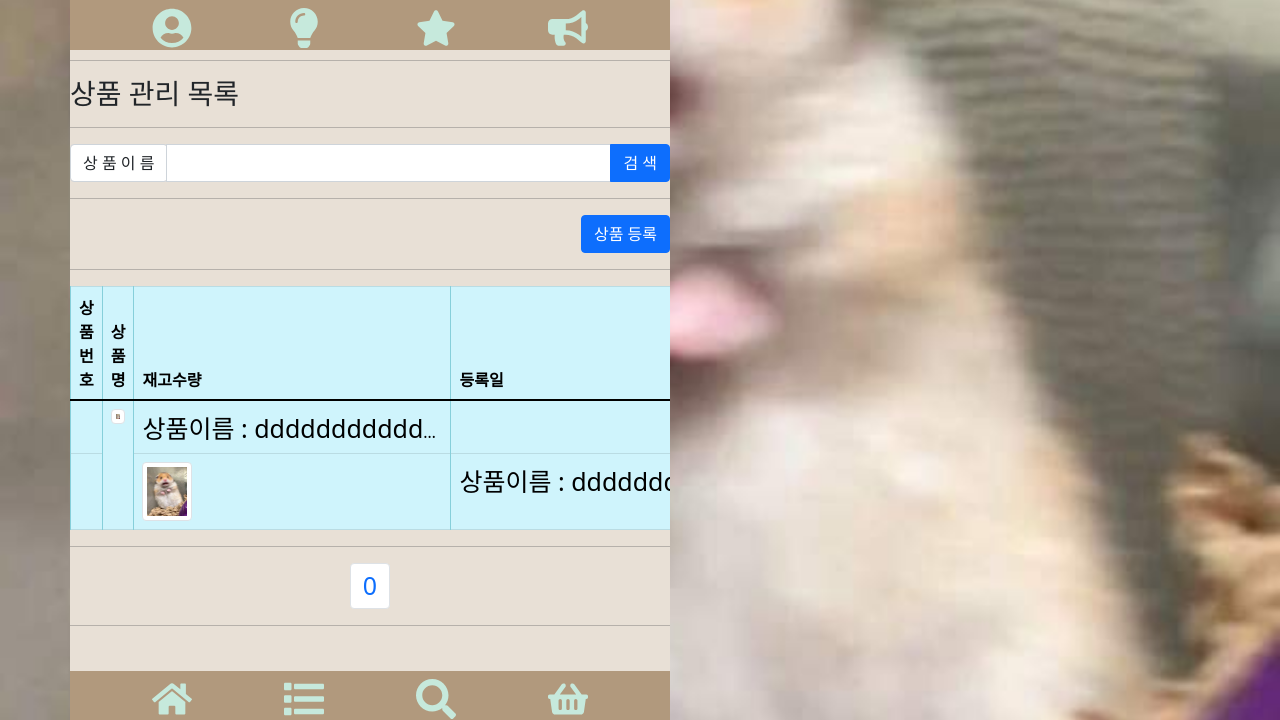
Repository: heegyu97/project
Page: http://localhost/0801_mvc2/WEB-INF/views/seller/productList.jsp
The author's editor kept a copy of each file at every save. The page is drawn from the files as they stood at one save, then again after the next save.
The browser window is 1280 px wide. The pictures show the whole page.
Some web libraries are served in a nearby version. The page is served by Tomcat 9. Nobody is signed in. Other server files are loaded and not shown. The template is opened directly, without the code that normally fills it, so the values that code supplies are empty.

Above is the page before, as saved 2022-08-11 08:24:14.

### 0801_mvc2/src/main/webapp/WEB-INF/views/seller/productList.jsp
<%@ page language="java" contentType="text/html; charset=UTF-8"
    pageEncoding="UTF-8"%>
<%@ taglib uri="http://java.sun.com/jsp/jstl/core" prefix="c" %>
<html>
	<head>
		<meta charset="UTF-8">
		<title> 상품 목록 </title>
		<script src="https://ajax.googleapis.com/ajax/libs/jquery/3.6.0/jquery.min.js"></script>
		<%@ include  file ="/WEB-INF/views/style_link.jsp" %>
		<style type="text/css">
		div.pname{
			width: 300px;
			white-space: nowrap;
		 	overflow: hidden;
 			text-overflow: ellipsis;
		}
		a{
			text-decoration : none;
			color: black;
			font-size: 25px;
		}
		</style>
	</head>
	<body>
	<%@ include file="/WEB-INF/views/header.jsp" %>
		<hr>
		<h3> 상품 관리 목록 </h3>
		<hr>
		<form action="${pageContext.request.contextPath}/product/list" method="get">
			<div class="input-group">
				<div class="input-group-prepend">
					<select class="form-control" id="searchOption" name="searchOption">
						<option value="prdt_name"
							<c:if test="${search_dto.searchOption == 'prdt_name'}">selected="selected"</c:if>
						> 상 품 이 름 </option>
						<option value="mid"
							<c:if test="${search_dto.searchOption == 'mid'}">selected="selected"</c:if>
						> 판 매 자 </option>
					</select>
				</div>
				<input type="text" class="form-control" id="searchWord" name="searchWord"
						value="${search_dto.searchWord}">
				<div class="input-group-append">
					<button type="submit" class="btn btn-primary"> 검 색 </button>
				</div>
			</div>
		</form>
		<hr>
		<div class="clearfix">
			<a href="${pageContext.request.contextPath}/seller/form">
				<button class="btn btn-primary float-right"> 상품 등록 </button>
			</a>
		</div>
		<hr>
		<table class="table table-hover table-bordered table-info">
			<col class="col-1">
			<thead>
				<tr>
					<th>상품번호</th>	<th>상품명</th>
					<th>재고수량</th> <th>등록일</th> <th>할인기간</th>
				</tr>
			</thead>
			<tbody>
<%-- 				<c:forEach var="dto" items="${list}"> --%>
				<c:forEach  begin="1" end="2">
					<tr>
						<td><%-- 상품번호 --%>

						</td>
						<td rowspan="2"><%-- 썸네일 ${dto.thumbnail_path} --%>



							<a class="input-group" href="${pageContext.request.contextPath}/guest/detail">
								<img src="${pageContext.request.contextPath}/resources/img/bg.jpeg"
									width="50px" height="50px" class="img-thumbnail ">
							</a>
						</td>
						<td>
							<div class="pname">
								<a href="${pageContext.request.contextPath}/guest/detail">
									상품이름 : ddddddddddddddddddddddddddddddd
								</a>
							</div>

						</td>
						<td>

							<a href="${pageContext.request.contextPath}/product/detail?prdt_no=${dto.prdt_no}">
								${dto.prdt_name}
							</a>
						</td>
						<td><%--  --%>
							${dto.sale_price} 원
						</td>
						<td>${dto.mid}</td>
					</tr>
				</c:forEach>
			</tbody>
		</table>
		<hr>
		<%-- 페이징 --%>
		<ul class="pagination">
			<c:if test="${startPageNum > 10}">
				<li class="page-item mx-auto">
					<a class="page-link"
						href="${pageContext.request.contextPath}/product/list?userWantPage=${startPageNum-1}&searchOption=${search_dto.searchOption}&searchWord=${search_dto.searchWord}">
						Previous
					</a>
				</li>
			</c:if>
			<c:forEach var="page_no" begin="${startPageNum}" end="${endPageNum}">
				<c:choose>
					<c:when test="${page_no == userWantPage}">
						<li class="page-item active mx-auto">
							<a class="page-link">${page_no}</a>
						</li>
					</c:when>
					<c:otherwise>
						<li class="page-item mx-auto">
							<a class="page-link"
								href="${pageContext.request.contextPath}/product/list?userWantPage=${page_no}&searchOption=${search_dto.searchOption}&searchWord=${search_dto.searchWord}">
								${page_no}
							</a>
						</li>
					</c:otherwise>
				</c:choose>
			</c:forEach>
			<c:if test="${lastPageNum > endPageNum}">
				<li class="page-item mx-auto">
					<a class="page-link"
						href="${pageContext.request.contextPath}/product/list?userWantPage=${endPageNum+1}&searchOption=${search_dto.searchOption}&searchWord=${search_dto.searchWord}">
						Next
					</a>
				</li>
			</c:if>
		</ul>
		<hr>
	<%@ include file="/WEB-INF/views/footer.jsp" %>
	</body>
</html>

### 0801_mvc2/src/main/webapp/WEB-INF/views/style_link.jsp
<%@ page language="java" contentType="text/html; charset=UTF-8"
    pageEncoding="UTF-8"%>
<%@ taglib uri="http://java.sun.com/jsp/jstl/core" prefix="c" %>

<script
	src="https://ajax.googleapis.com/ajax/libs/jquery/3.6.0/jquery.min.js"></script>
<link rel="stylesheet"
	href="https://cdn.jsdelivr.net/npm/bootstrap@4.6.1/dist/css/bootstrap.min.css">
<script
	src="https://cdn.jsdelivr.net/npm/popper.js@1.16.1/dist/umd/popper.min.js"></script>
<script
	src="https://cdn.jsdelivr.net/npm/bootstrap@4.6.1/dist/js/bootstrap.bundle.min.js"></script>
<!-- ckeditor -->
<script src="//cdn.ckeditor.com/4.19.0/full/ckeditor.js"></script>
<!-- bootstrap to icon -->
<script defer
	src="https://use.fontawesome.com/releases/v5.0.8/js/solid.js"
	integrity="sha384-+Ga2s7YBbhOD6nie0DzrZpJes+b2K1xkpKxTFFcx59QmVPaSA8c7pycsNaFwUK6l"
	crossorigin="anonymous"></script>
<script defer
	src="https://use.fontawesome.com/releases/v5.0.8/js/fontawesome.js"
	integrity="sha384-7ox8Q2yzO/uWircfojVuCQOZl+ZZBg2D2J5nkpLqzH1HY0C1dHlTKIbpRz/LG23c"
	crossorigin="anonymous"></script>
<link
	href="https://cdn.jsdelivr.net/npm/bootstrap@5.0.2/dist/css/bootstrap.min.css"
	rel="stylesheet"
	integrity="sha384-EVSTQN3/azprG1Anm3QDgpJLIm9Nao0Yz1ztcQTwFspd3yD65VohhpuuCOmLASjC"
	crossorigin="anonymous">
<!-- main 기준 공용 -->
<link rel="stylesheet"
	href= "${pageContext.request.contextPath}/resources/E1I3/CSS/style_share.css">
<!-- nav 버튼 사이 거리 조정 -->
<link rel="stylesheet"
	href="${pageContext.request.contextPath}/resources/E1I3/CSS/style_hf.css">

<!-- 0811에 추가 -->
<%@ taglib prefix="fmt" uri="http://java.sun.com/jsp/jstl/fmt" %>

### 0801_mvc2/src/main/webapp/WEB-INF/views/header.jsp
<%@ page language="java" contentType="text/html; charset=UTF-8"
	pageEncoding="UTF-8"%>
<%@ taglib uri="http://java.sun.com/jsp/jstl/core" prefix="c"%>
<div class="container">
	<div class="row">
		<div id="aaa" class="col-lg-6 ">
			<iframe id="bbb" name="adver-frame"
				src="${pageContext.request.contextPath}/adver"></iframe>
		</div>


		<!-- 화면 나누기 :home 화면 오른쪽 : iframe to main -->
		<div id="ccc" class="col-lg-6">
			<!-- footer col6 -->
			<div class="nav">
				<!-- MENU -->
				<section class="servics">
					<div class="icons">
						<div class="child icon1">
							<a class="nav-link" href="${pageContext.request.contextPath}/loginform">
								<i class="fa fa-user-circle" style="width:40px; height:40px; color: #C6E9DC" ></i>
							</a>
						</div>
						<div class="child icon2">
							<a class="nav-link" href="${pageContext.request.contextPath}/tip/tip">
								<i class="fa fa-lightbulb" style="width:40px; height:40px; color: #C6E9DC" ></i>
							</a>
						</div>
						<div class="child icon3">
							<a class="nav-link" href="${pageContext.request.contextPath}/home">
								<i class="fa fa-star" style="width:40px; height:40px; color: #C6E9DC" ></i>
							</a>
						</div>
						<div class="child icon4">
							<a class="nav-link"
								href="${pageContext.request.contextPath}/home"> <i
								class="fa fa-bullhorn" style="width:40px; height:40px; color: #C6E9DC" ></i>
							</a>
						</div>
					</div>
				</section>

			</div>
			<main>
				<!-- 여백 -->
				<h3 style="margin-bottom: 60px"></h3>

### 0801_mvc2/src/main/webapp/WEB-INF/views/footer.jsp
<%@ page language="java" contentType="text/html; charset=UTF-8"
	pageEncoding="UTF-8"%>
<h3 style="margin-top: 60px"></h3>
</main>
<div class="nav" style="bottom: -1px;">
	<!-- MENU -->
	<section class="servics">
		<div class="icons">
			<div class="child icon1">
				<a class="nav-link" href="${pageContext.request.contextPath}/home">
				   <i class="fa fa-home"  style="width:40px; height:40px; color: #C6E9DC" ></i>
				</a>
			</div>
			<div class="child icon2">
				<a class="nav-link" href="${pageContext.request.contextPath}/home">
					<i class="fa fa-list"  style="width:40px; height:40px; color: #C6E9DC" ></i>
				</a>
			</div>
			<div class="child icon3">
				<a class="nav-link" href="${pageContext.request.contextPath}/home">
					<i class="fa fa-search"  style="width:40px; height:40px; color: #C6E9DC" ></i>
				</a>
			</div>
			<div class="child icon4">
				<a class="nav-link" href="${pageContext.request.contextPath}/home">
					<i class="fa fa-shopping-basket"  style="width:40px; height:40px; color: #C6E9DC" ></i>
				</a>
			</div>
		</div>
	</section>

</div>
</div>
<!-- col6 -->
</div>
<!-- row  -->
</div>
<!-- contain  -->

### 0801_mvc2/src/main/webapp/resources/E1I3/CSS/style_share.css
@charset "UTF-8";

.servics{
   width: 100%;
   text-align: center;
}
.icons{
	display: flex;
	justify-content: center;
}
.child{
	text-align: center;
}

main{
	width : 600px;
}
.nav{
		display : inline-block;
		width : 600px;
		height : 50px;
		z-index: 2;
		background-color: #B1997D;
		position: fixed;

}
main{
	width : 600px;
}

body{
	background-image: url('${pageContext.request.contextPath}/resources/img/bg.jpeg');
	background-repeat: no-repeat;
 	background-position: center;
	background-size: cover;
}


#adver-frame {width : 100%;height : 100%}
	@media only screen and (max-width : 1400px ){
	#aaa{
		display: none;
	}

}


#ccc{
	display : inline-block;
  	height: 100vh;
  	background-color : #E8E0D6;
}

::-webkit-scrollbar {
	display: none;
}


#bbb,#ccc {

  	padding: 0px;
  	margin: 0px;
 	overflow: auto;
	width: 600px;
	min-width: 600px;
}
#bbb {
	list-style-type: none;
  	height: 100%;
 	position: fixed;
}

### 0801_mvc2/src/main/webapp/resources/E1I3/CSS/style_hf.css
@charset "UTF-8";

.icon1, .icon2, .icon3{
	margin-right: 10%;
}

After the next save:
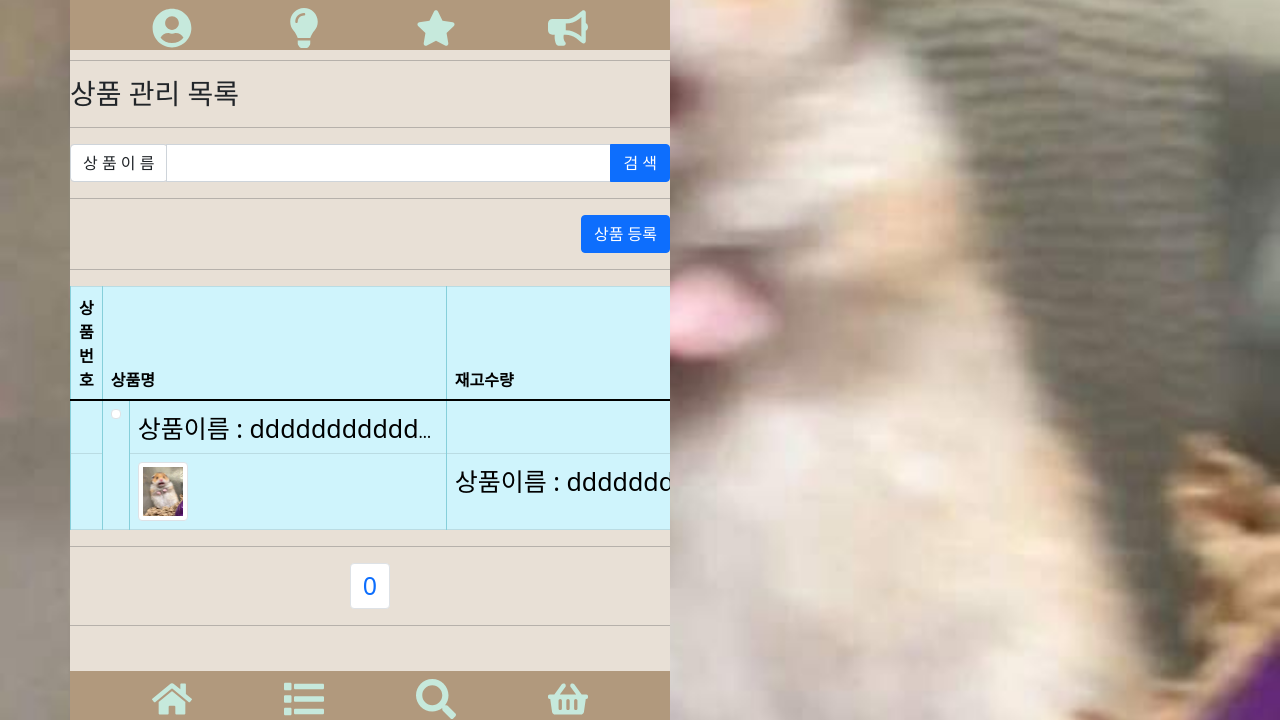
Saved 18 s later.
--- a/0801_mvc2/src/main/webapp/WEB-INF/views/seller/productList.jsp
+++ b/0801_mvc2/src/main/webapp/WEB-INF/views/seller/productList.jsp
@@ -56,7 +56,7 @@
 			<col class="col-1">
 			<thead>
 				<tr>
-					<th>상품번호</th>	<th>상품명</th>
+					<th>상품번호</th>	<th colspan="2">상품명</th>
 					<th>재고수량</th> <th>등록일</th> <th>할인기간</th>
 				</tr>
 			</thead>
